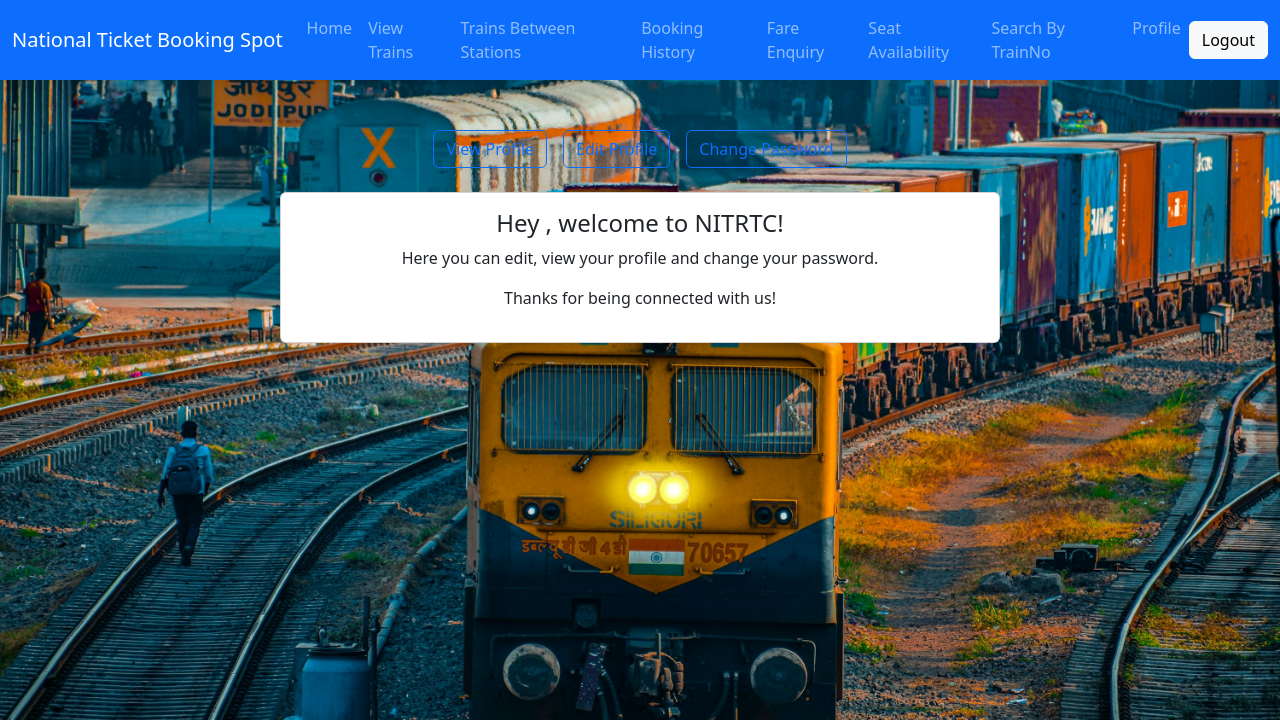
Repository: PrathamSahani/TMS-Sprint2
Page: http://localhost/TMS/UserHome.jsp
The author's editor kept a copy of each file at every save. The page is drawn from the files as they stood at one save, then again after the next save.
The browser window is 1280 px wide. The pictures show the whole page.
The page is served by Tomcat 10. Other server files are loaded and not shown.

Above is the page before, as saved 2025-04-25 19:02:23.

### Update/TMS/src/main/webapp/UserHome.jsp
<%@ page language="java" contentType="text/html; charset=UTF-8" pageEncoding="UTF-8"%>
<!DOCTYPE html>
<html>
<head>
  <meta charset="UTF-8">
  <title>Profile - National Ticket Booking Spot</title>
  <link href="https://cdn.jsdelivr.net/npm/bootstrap@5.3.0/dist/css/bootstrap.min.css" rel="stylesheet">
</head>
  <style>
    body {
      background: url('<%= request.getContextPath() %>/OP.jpeg') no-repeat center center fixed;
      background-size: cover;
    }
  </style>

<body class="d-flex flex-column min-vh-100">
  <!-- Navbar -->
  <nav class="navbar navbar-expand-lg navbar-dark bg-primary">
    <div class="container-fluid">
      <a class="navbar-brand" href="#">National Ticket Booking Spot</a>
      <button class="navbar-toggler" type="button" data-bs-toggle="collapse" data-bs-target="#navbarNav">
        <span class="navbar-toggler-icon"></span>
      </button>
      <div class="collapse navbar-collapse" id="navbarNav">
        <ul class="navbar-nav me-auto mb-2 mb-lg-0">
          <li class="nav-item"><a class="nav-link" href="${pageContext.request.contextPath}/userhome">Home</a></li>
          <li class="nav-item"><a class="nav-link" href="${pageContext.request.contextPath}/userviewtrainfwd">View Trains</a></li>
          <li class="nav-item"><a class="nav-link" href="${pageContext.request.contextPath}/trainbwstnfwd">Trains Between Stations</a></li>
          <li class="nav-item"><a class="nav-link" href="${pageContext.request.contextPath}/bookingdetails">Booking History</a></li>
          <li class="nav-item"><a class="nav-link" href="${pageContext.request.contextPath}/fareenqfwd">Fare Enquiry</a></li>
          <li class="nav-item"><a class="nav-link" href="${pageContext.request.contextPath}/useravailfwd">Seat Availability</a></li>
          <li class="nav-item"><a class="nav-link" href="${pageContext.request.contextPath}/usersearchtrain">Search By TrainNo</a></li>
          <li class="nav-item"><a class="nav-link" href="${pageContext.request.contextPath}/userhome">Profile</a></li>
        </ul>
        <div class="d-flex">
          <a class="btn btn-light" href="${pageContext.request.contextPath}/userlogout">Logout</a>
        </div>
      </div>
    </div>
  </nav>

  <main class="flex-fill">
    <div class="container d-flex flex-column justify-content-center align-items-center" style="margin-top:50px">
      <!-- optional alert -->


      <!-- action buttons -->
      <div class='d-flex justify-content-center mb-4 w-100'>
        <a href='${pageContext.request.contextPath}/viewuserprofile' class='btn btn-outline-primary mx-2'>View Profile</a>
        <a href='${pageContext.request.contextPath}/edituserprofile' class='btn btn-outline-primary mx-2'>Edit Profile</a>
        <a href='${pageContext.request.contextPath}/changeuserpassword' class='btn btn-outline-primary mx-2'>Change Password</a>
      </div>

      <!-- welcome card -->
      <div class='row justify-content-center w-100'>
        <div class='col-md-8'>
          <div class='card shadow-sm'>
            <div class='card-body text-center'>
              <h4>Hey ${userName}, welcome to NITRTC!</h4>
              <p>Here you can edit, view your profile and change your password.</p>
              <p>Thanks for being connected with us!</p>
            </div>
          </div>
        </div>
      </div>
    </div>
  </main>

 <br><br>

  <script src="https://cdn.jsdelivr.net/npm/bootstrap@5.3.0/dist/js/bootstrap.bundle.min.js"></script>
</body>
</html>

After the next save:
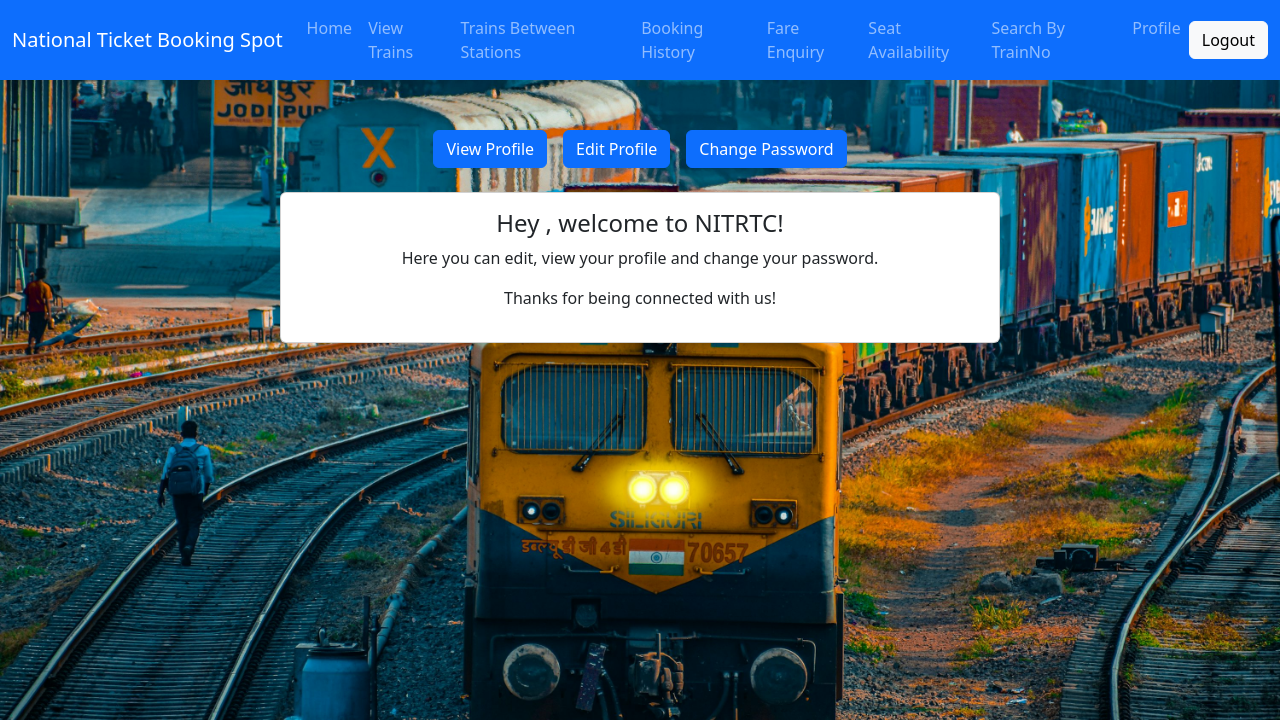
Saved 48 s later.
--- a/Update/TMS/src/main/webapp/UserHome.jsp
+++ b/Update/TMS/src/main/webapp/UserHome.jsp
@@ -46,9 +46,9 @@
 
       <!-- action buttons -->
       <div class='d-flex justify-content-center mb-4 w-100'>
-        <a href='${pageContext.request.contextPath}/viewuserprofile' class='btn btn-outline-primary mx-2'>View Profile</a>
-        <a href='${pageContext.request.contextPath}/edituserprofile' class='btn btn-outline-primary mx-2'>Edit Profile</a>
-        <a href='${pageContext.request.contextPath}/changeuserpassword' class='btn btn-outline-primary mx-2'>Change Password</a>
+        <a href='${pageContext.request.contextPath}/viewuserprofile' class='btn btn-primary mx-2'>View Profile</a>
+        <a href='${pageContext.request.contextPath}/edituserprofile' class='btn btn-primary mx-2'>Edit Profile</a>
+        <a href='${pageContext.request.contextPath}/changeuserpassword' class='btn btn-primary mx-2'>Change Password</a>
       </div>
 
       <!-- welcome card -->
